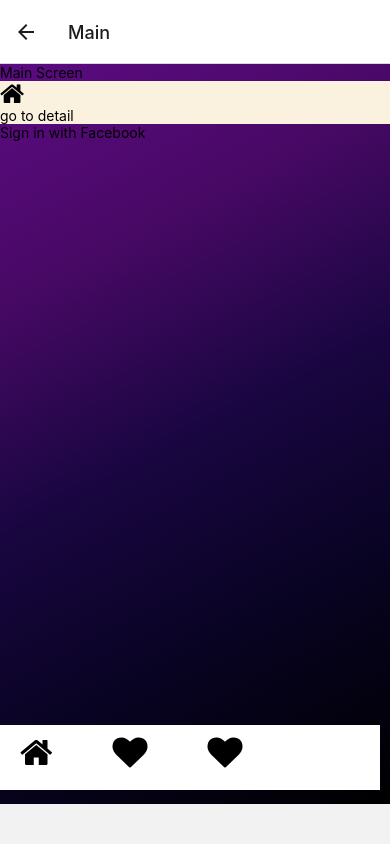
Repository: eyebone/barManager
Screen: /Main
An editor plug-in stored every save of this project. The screen is shown before and after the next save, followed by the edit.
The app was drawn by React Native's web renderer in a window 390 px wide. The project was rebuilt for these pictures with package versions that can differ from the ones it lists, and the page was loaded fresh each time. Also part of the build but not shown: components/EmojiPicker.js, components/Button.js, components/ImageViewer.js, components/circleButton.js, components/IconButton.js, view/ViewOne.js, view/Sign.js.

Above is the screen before, as saved 2023-06-26 17:17:48.

After the next save:
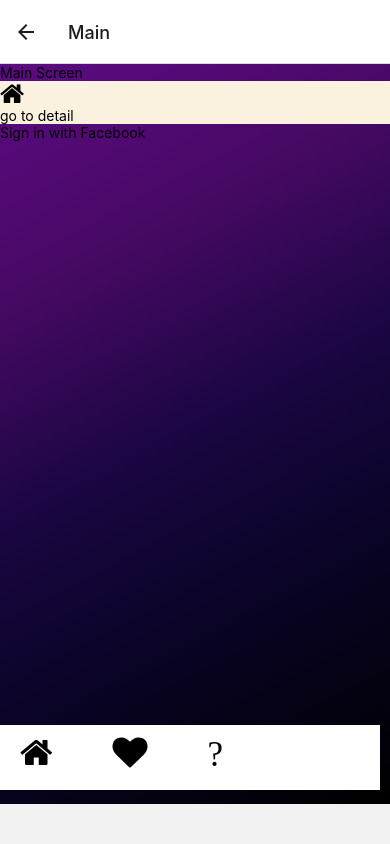
Saved 26 s later.
--- a/components/NavigationBar.js
+++ b/components/NavigationBar.js
@@ -36,7 +36,7 @@ export function NavigationBar({navigation}) {
         </Pressable>
         <Pressable>
           <FontAwesome
-            name="heart"
+            name="setting"
             size={35}
             style={{ marginLeft: 60, marginTop: 10 }}
           ></FontAwesome>
